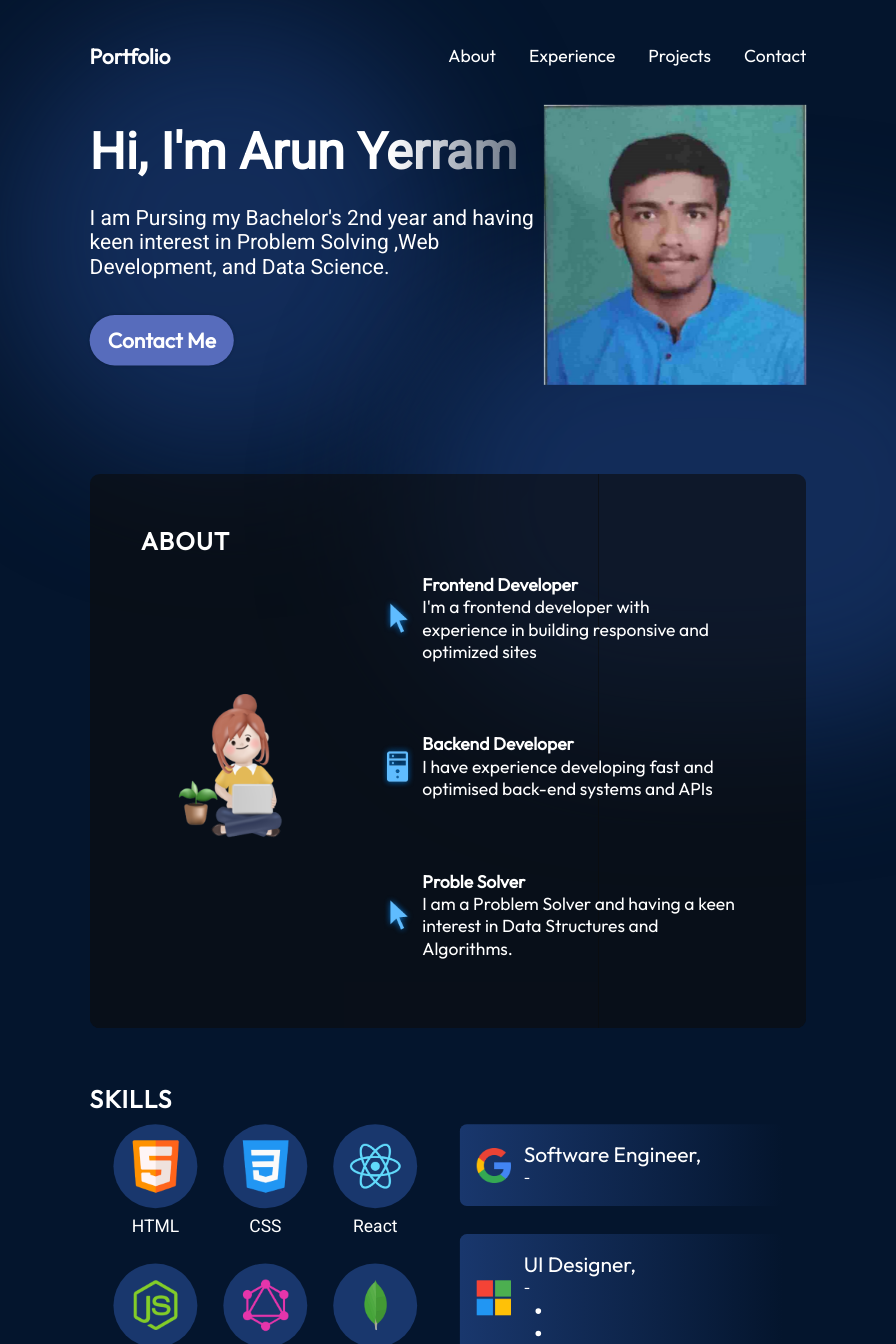
Repository: ARUN-YERRAM/Arun-Yerram-s-Portfolio-Website
Page: /
These files come from the project's save history. The page is drawn as it stood at one moment and after the next save; the edit follows.
The browser window is 1280 px wide. The pictures show the part of the page from y = 0 to 1920 px (the page is 3902 px tall before and 3870 px after), at 70% of full size.
The project was rebuilt for these pictures with package versions that can differ from the ones it lists, and the page was loaded fresh each time. Also part of the build but not shown: vite.config.js.

Above is the page before, as saved 2024-06-25 21:18:38.

After the next save:
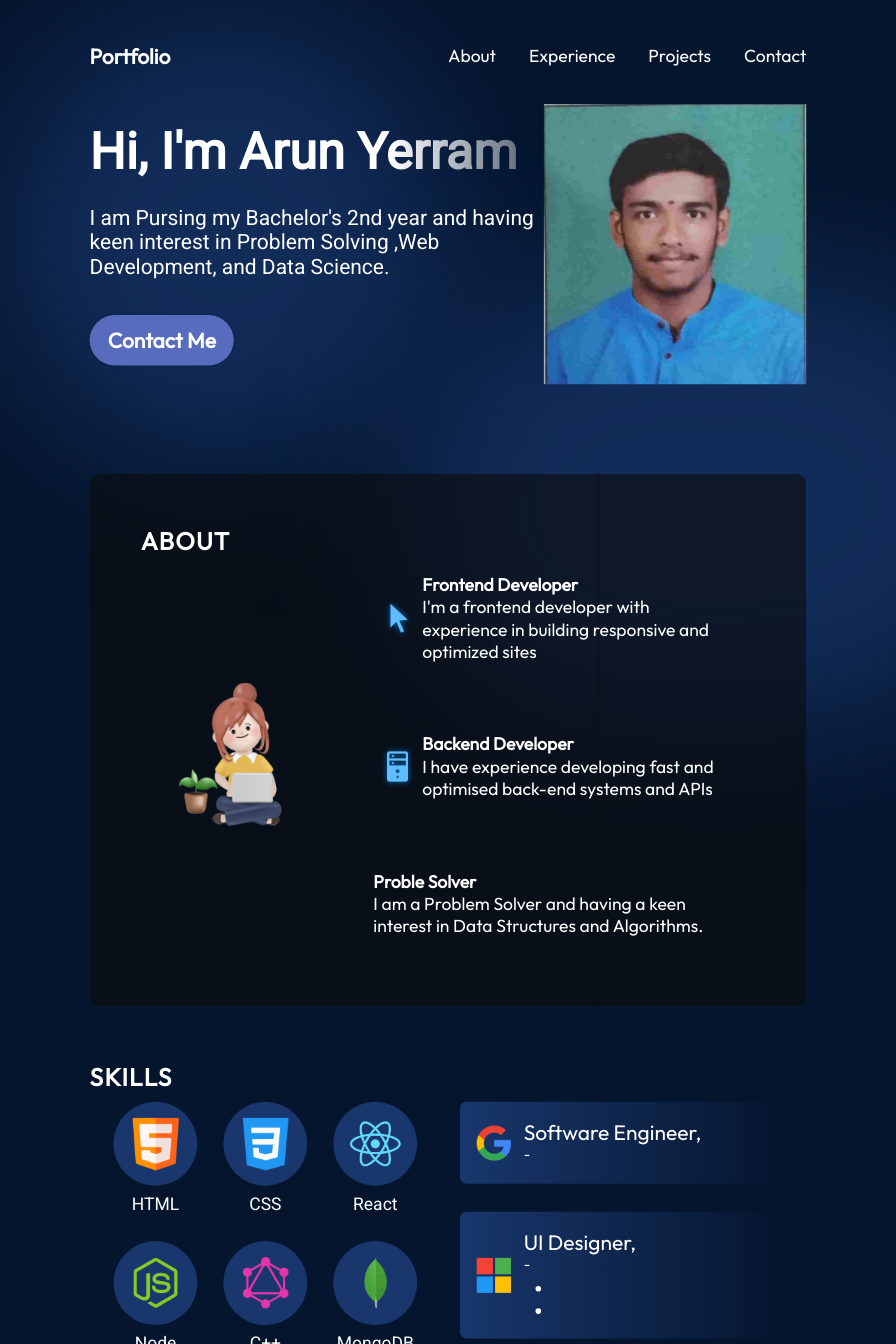
Saved 19 s later.
--- a/src/components/About/About.jsx
+++ b/src/components/About/About.jsx
@@ -35,7 +35,7 @@
             </div>
           </li>
           <li className={styles.aboutItem}>
-            <img src={getImageUrl("about/cursorIcon.png")} alt="UI icon" />
+            {/* <img src={getImageUrl("about/cursorIcon.png")} alt="UI icon" /> */}
             <div className={styles.aboutItemText}>
               {/* <h3>UI Designer</h3> */}
               <h3>Proble Solver</h3>

After the save that followed:
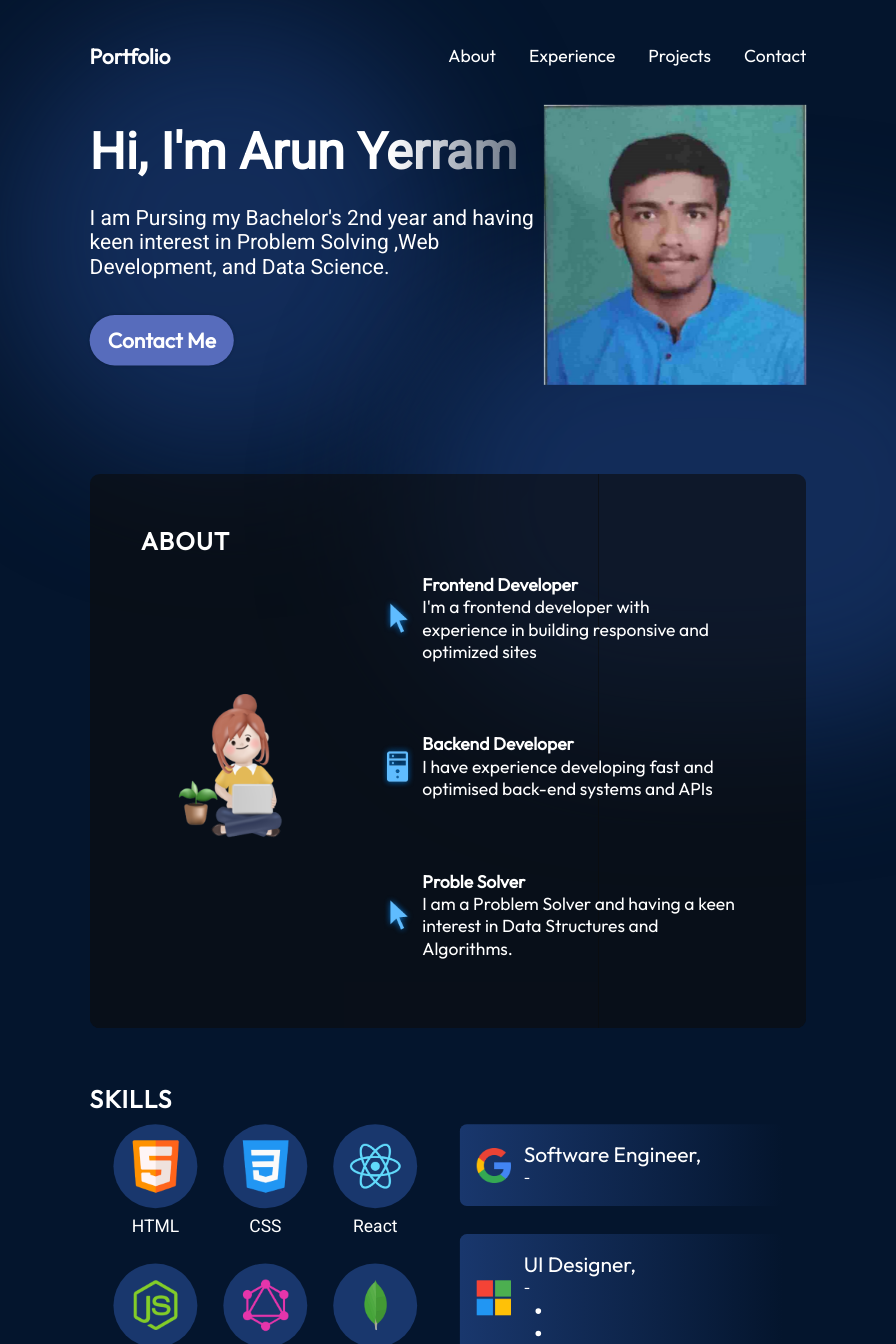
Saved 33 s later.
--- a/src/components/About/About.jsx
+++ b/src/components/About/About.jsx
@@ -35,7 +35,7 @@
             </div>
           </li>
           <li className={styles.aboutItem}>
-            {/* <img src={getImageUrl("about/cursorIcon.png")} alt="UI icon" /> */}
+            <img src={getImageUrl("about/cursorIcon.png")} alt="UI icon" />
             <div className={styles.aboutItemText}>
               {/* <h3>UI Designer</h3> */}
               <h3>Proble Solver</h3>
